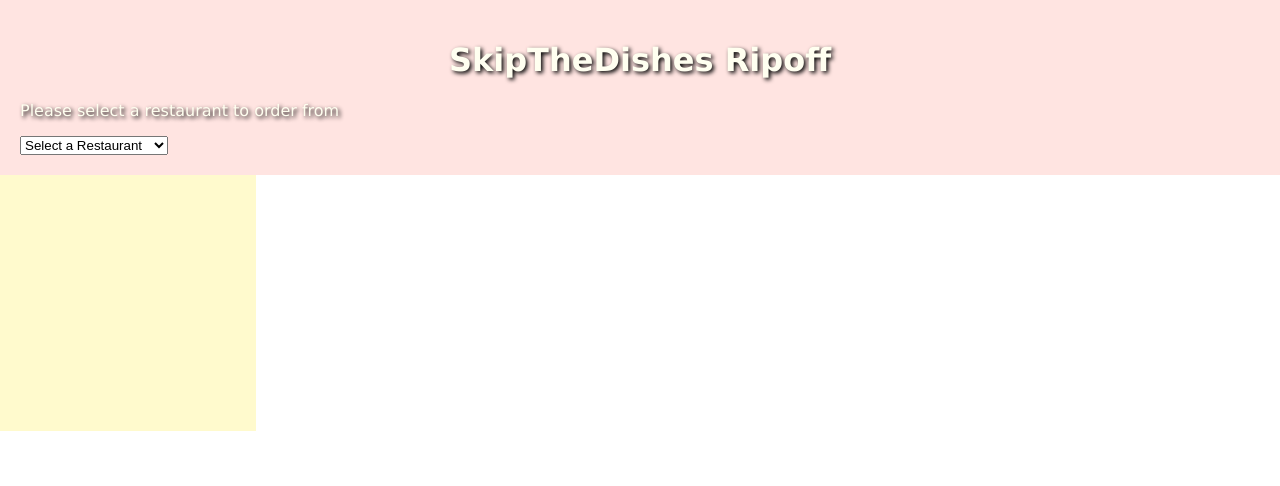
Repository: hudaali14/Carleton
Page: 2406/Assignments/Assignment1 (97)/order.html
An editor plug-in stored every save of this project. The page is shown before and after the next save, followed by the edit.
The browser window is 1280 px wide. The pictures show the whole page.

Above is the page before, as saved 2020-01-25 23:50:24.

After the next save:
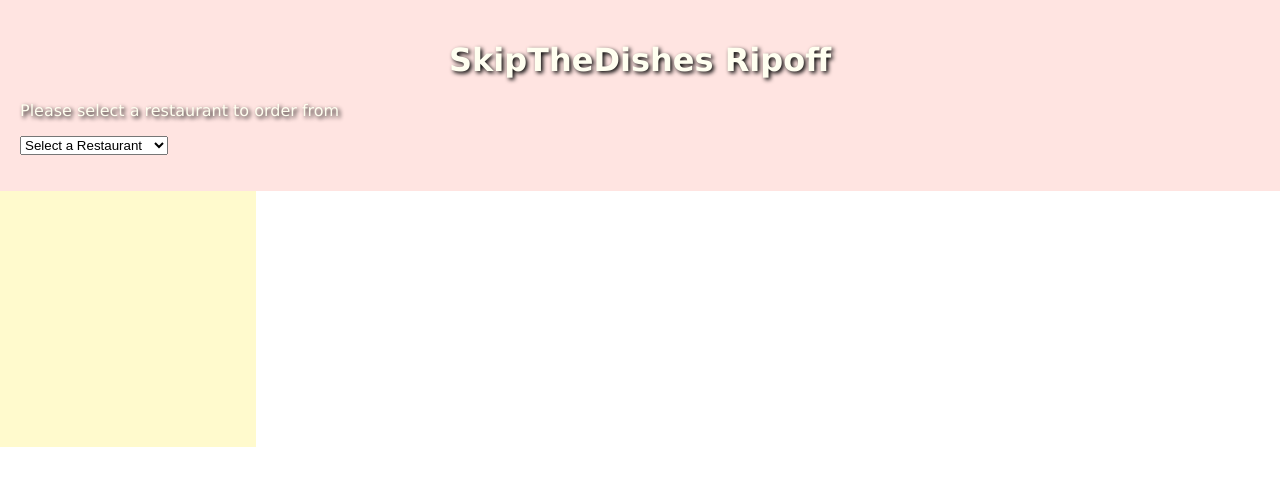
Saved 11 min 12 s later.
--- a/2406/Assignments/Assignment1 (97)/order.html
+++ b/2406/Assignments/Assignment1 (97)/order.html
@@ -12,13 +12,12 @@
                     <option value="select a restaurant" selected>Select a Restaurant</option>
                 </select>
             </div>
+            <p id="requirements"></p>
         </div>
 
-        <div id="categories">
-        </div>
+        <div id="categories"></div>
 
-        <div id="items">
-        </div>
+        <div id="items"></div>
 
         <script src="client.js"></script>
     </body>
